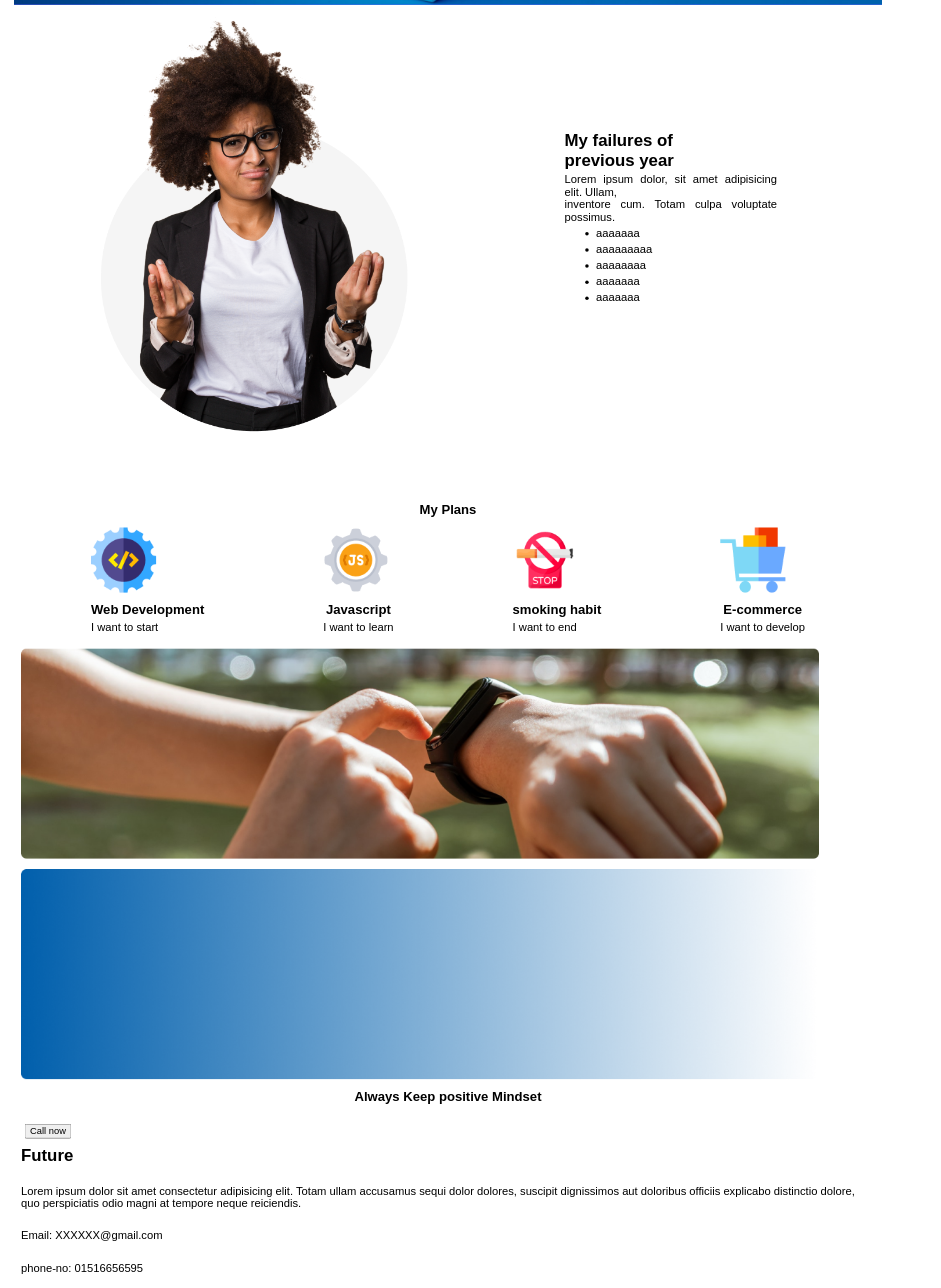
Repository: sadiaafsana138/All-Thinks-Are-Possible-Website
Page: index.html
An editor plug-in stored every save of this project. The page is shown before and after the next save, followed by the edit.
The browser window is 1280 px wide. The page is 1344 px wide, so the pictures cover 1344 px, including what lies to the right of the window. The pictures show the part of the page from y = 811 to 2651 px (the page is 2975 px tall), at 70% of full size.

Above is the page before, as saved 2023-01-08 11:08:09.

### index.html
<!DOCTYPE html>
<html lang="en">

<head>
    <meta charset="UTF-8">
    <meta http-equiv="X-UA-Compatible" content="IE=edge">
    <meta name="viewport" content="width=device-width, initial-scale=1.0">
    <title>First Website</title>
    <link rel="stylesheet" href="styles/web.css">
</head>

<body>
    <!-- header -->
    <header>
        <section class="section1">
            <div>
                <h1 id="head-text1">
                    All Thinks Are<br>Possible If You<br>believe
                </h1>
                <p id="head-text2" >Lorem ipsum dolor sit consectetur adipisicing<br>elit.Veritatis quisquam necessitatibus <br>quod rem vel modi laboriosam doloribus<br>laborum dolorem?
                </p>
                <button id="button1">
                    Contact Us
                </button>
            </div>
        </section>
    </header>
    <main>
        <!--second section-->
        <section class="section2">
            <div id="sec2details">
                <img id="sec2img" src="images/person.png" alt="person">
                <div id="sec2text">
                    <h2>
                        My failures of <br>
                        previous year
                    </h2>
                    <p>
                        Lorem ipsum dolor, sit amet adipisicing
                        elit. Ullam,<br> inventore cum. Totam culpa voluptate possimus.
                    </p>
                    <ul>
                        <li>aaaaaaa</li>
                        <li>aaaaaaaaa</li>
                        <li>aaaaaaaa</li>
                        <li>aaaaaaa</li>
                        <li>aaaaaaa</li>
                    </ul>
                </div>
            </div>
        </section>

        <!--section 3-->
        <section class="section3">
            <h3>
                My Plans
            </h3>
            <div id="sec3details" >

                <div>
                    <img src="images/icons/web.png" alt=""><br>
                    <H3>Web Development</H3>
                    <p>I want to start</p>
                </div>
                <div>
                    <img src="images/icons/js.png" alt=""><br>
                    <H3>Javascript</H3>
                    <p>I want to learn</p>
                </div>
                <div>
                    <img src="images/icons/smoke.png" alt=""><br>
                    <H3>smoking habit</H3>
                    <p>I want to end</p>
                </div>
                <div>
                    <img src="images/icons/ecom.png" alt=""><br>
                    <H3>E-commerce</H3>
                    <p>I want to develop</p>
                </div>
            </div>
            <div>
                <img src="images/watch.png" alt="">
                <img src="images/gradient1.png" alt="">
                <div>
                    <h3>Always Keep positive Mindset</h3><br>
                    <button>Call now</button>
                </div>
            </div>
        </section>

    </main>
    <footer>
        <Section>
            <div>
                <h2>Future</h2><br>
                <p>Lorem ipsum dolor sit amet consectetur adipisicing elit. Totam ullam accusamus sequi dolor dolores,
                    suscipit dignissimos aut doloribus officiis explicabo distinctio dolore, quo perspiciatis odio magni
                    at tempore neque reiciendis.
                </p><br>
                <p>Email: XXXXXX@gmail.com</p><br>
                <P>phone-no: 01516656595</P><br>
                <ul>
                    <li><img src="images/icons/fb.png" alt=""></li>
                    <li><img src="images/icons/youtube.png" alt=""></li>
                    <li><img src="images/icons/twitter.png" alt=""></li>
                </ul>
            </div>
            <div>
                <h3>subscribe</h3><br>
                <input type="email" plavceholder="Enter Your Email"><br>
                <button>subscribe here</button>
            </div>
        </Section>
    </footer>
</body>

</html>

### styles/web.css
*{
margin: 5px 5px ;
font-family: Arial, Helvetica, sans-serif;
}
.section1{
    background-image:url(../images/banner/banner3.png);
    height: 808px;
    width:cover;
    background-repeat: no-repeat;
    background-color: blue;

}
#head-text1{
    color: white;
    padding-left: 50% ;
    padding-right:5%;
    padding-top: 20%;
    text-align: right;
    Font-style: Bold;
}
#head-text2{
    color: white;
    padding-left: 50% ;
    padding-right:5%;
    text-align: right;
}
#button1{
    margin-top: 10px;
    width: 160px;
    height: 56px;
    left: 640px;
    top: 438px;
    text-align: center;
    align-items: right;
    background: white;
    border-radius: 5px;
    margin-right: 150px;
    margin-left: 82%;
    align-content: right;
}
#sec2details{
    display: flex;
    width: 1000px;
    height: 700px;
    margin-left: 100px;
    margin-right: 100px;
}
#sec2img{
    align-items: center;

    margin-bottom:20%;
    height: 600px;
    width: 500px;
}
#sec2text{
        text-align: justify;
        margin-left: 20%;
        margin-top: 17%;
        margin-bottom: 20%;
}
.section3 h3{
   text-align: center;
}
.section3 img{
    align-items: center;
}
#sec3details{
    display: flex;
    justify-content: space-between;
    margin-left: 100px;
    margin-right: 100px;
}

After the next save:
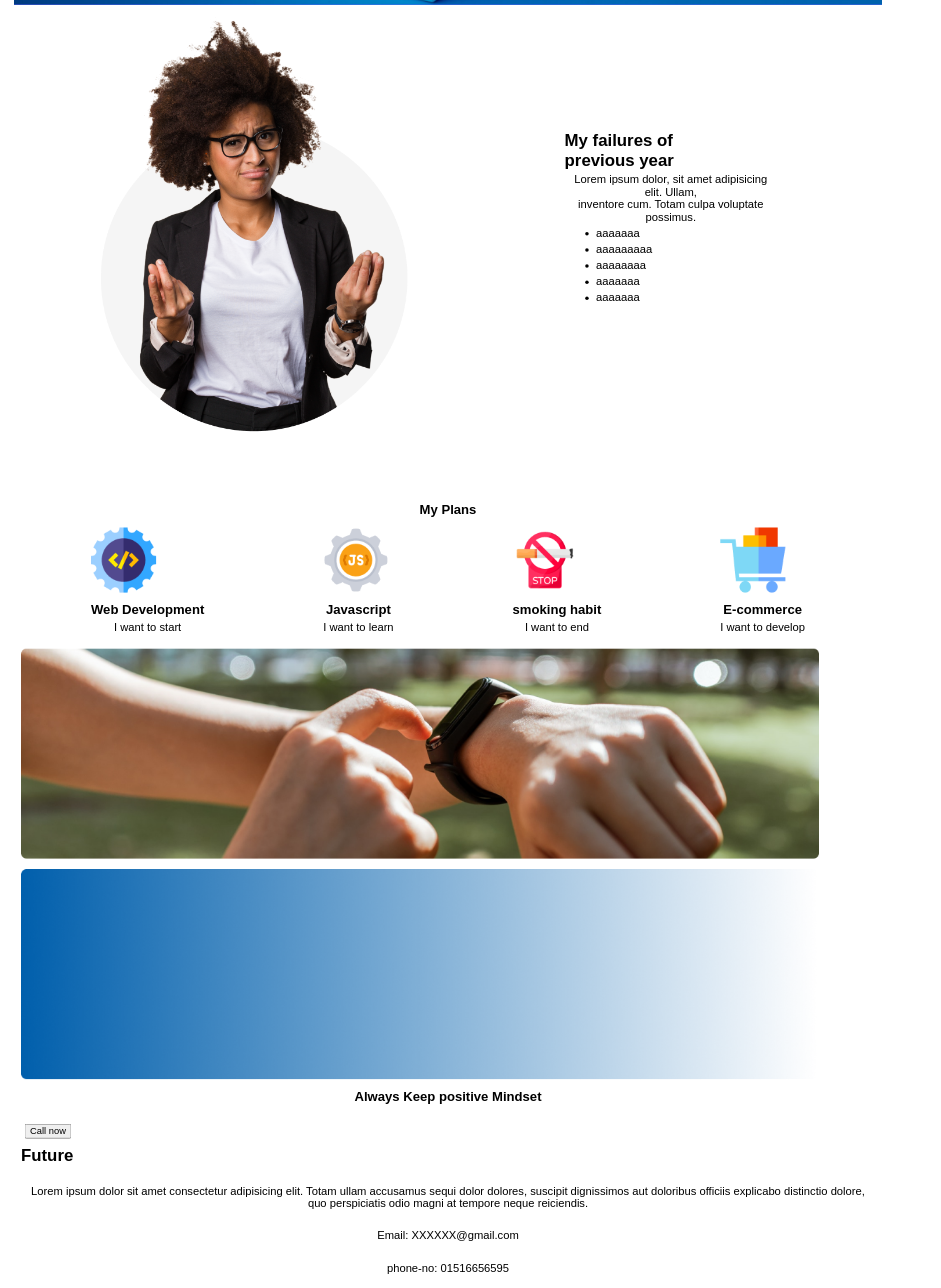
Saved 81 s later.
--- a/styles/web.css
+++ b/styles/web.css
@@ -58,7 +58,7 @@ font-family: Arial, Helvetica, sans-serif;
         margin-top: 17%;
         margin-bottom: 20%;
 }
-.section3 h3{
+.section3 h3,p{
    text-align: center;
 }
 .section3 img{
